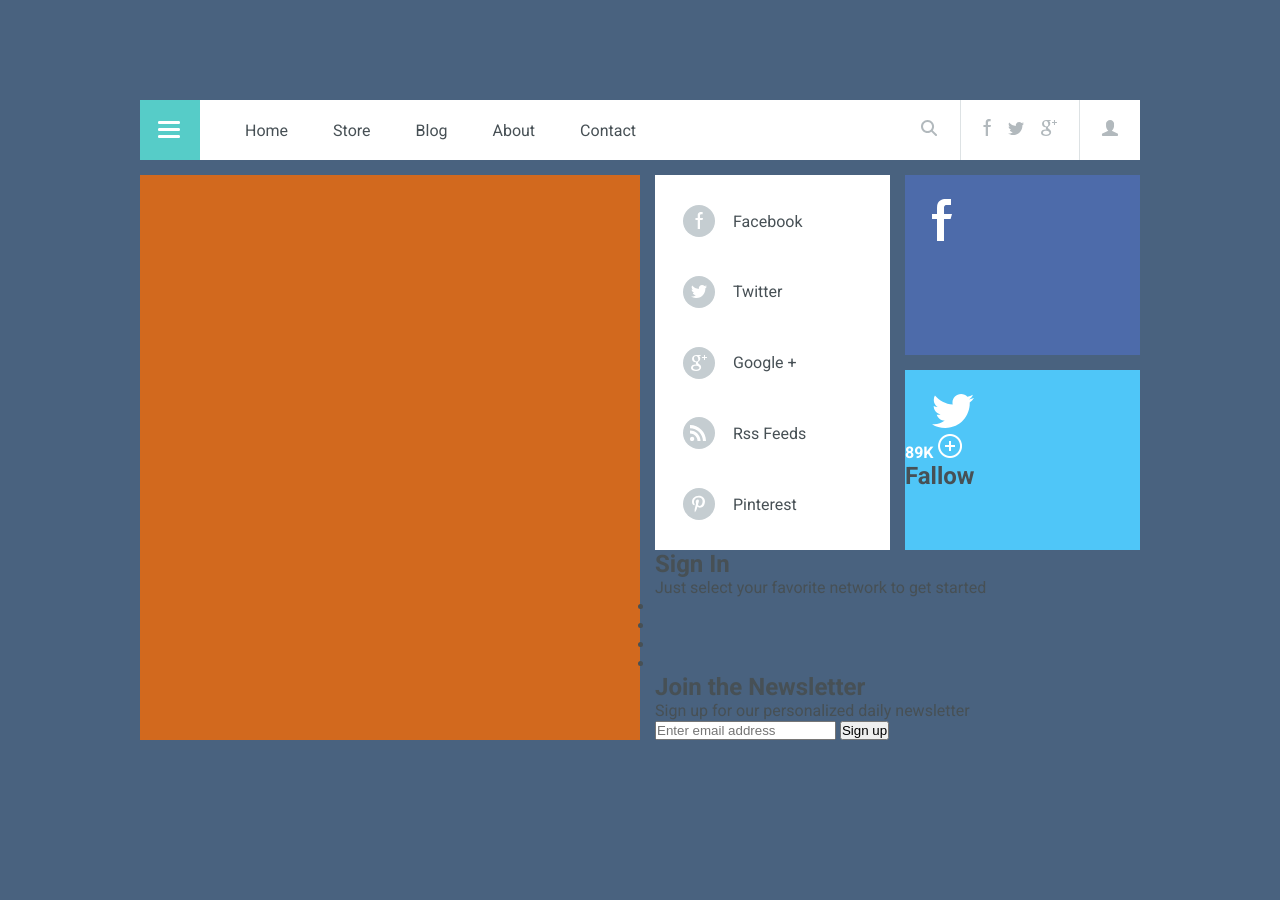
Repository: pawelczubak/WeeklyWebDevChallenge
Page: Challenge_4/index.html
These files come from the project's save history. The page is drawn as it stood at one moment and after the next save; the edit follows.
The browser window is 1280 px wide. The pictures show the whole page.
Pictures or frames that could not be fetched are drawn as grey boxes. Some web libraries are served in a nearby version.

Above is the page before, as saved 2020-04-27 22:24:27.

After the next save:
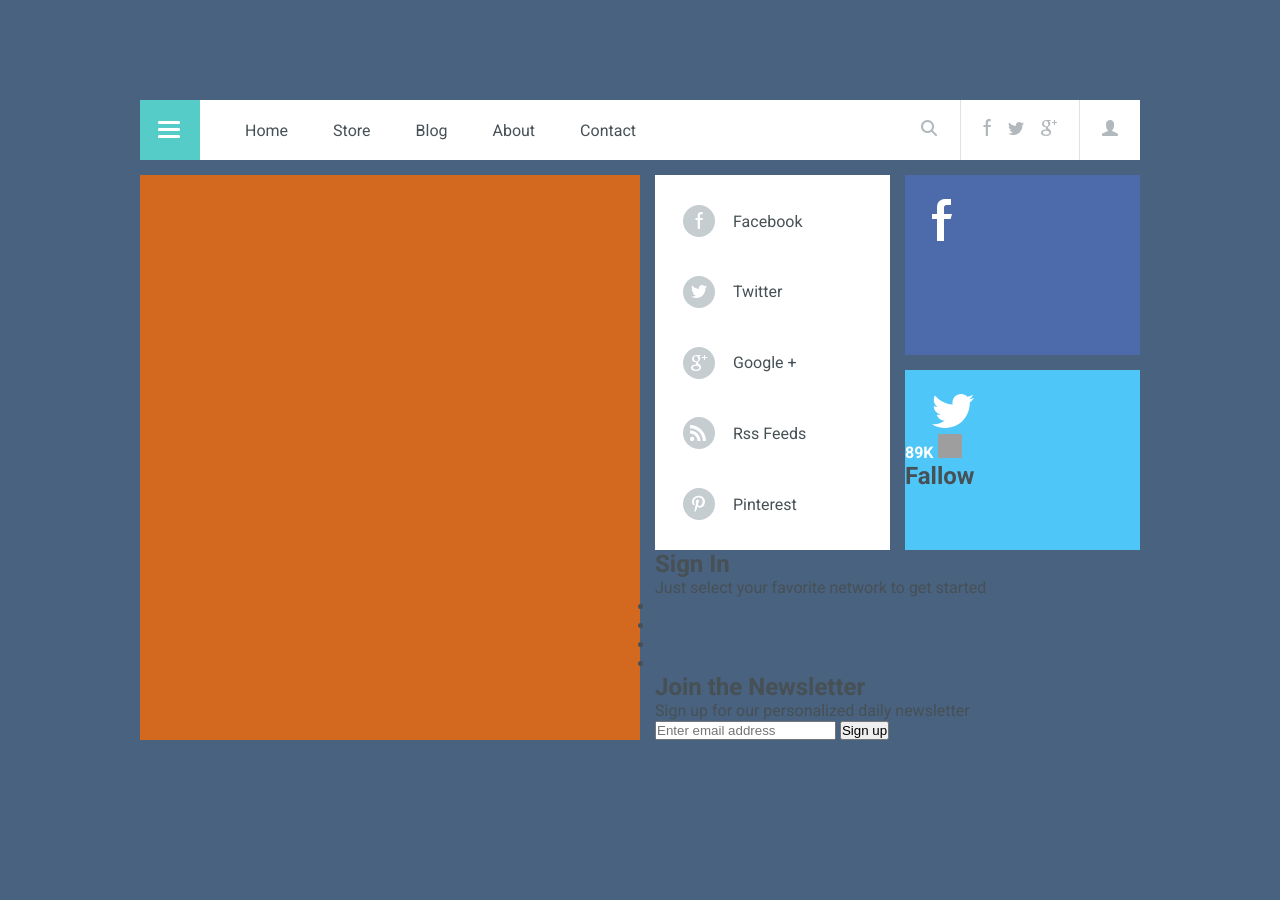
Saved 10 s later.
--- a/Challenge_4/css/main.css
+++ b/Challenge_4/css/main.css
@@ -235,7 +235,7 @@ body {
     background-image: url(../img/follow-img.png);
 }
 
-.test__button--activee {
+.test__button--active {
     width: 24px;
     height: 24px;
     border: none;
